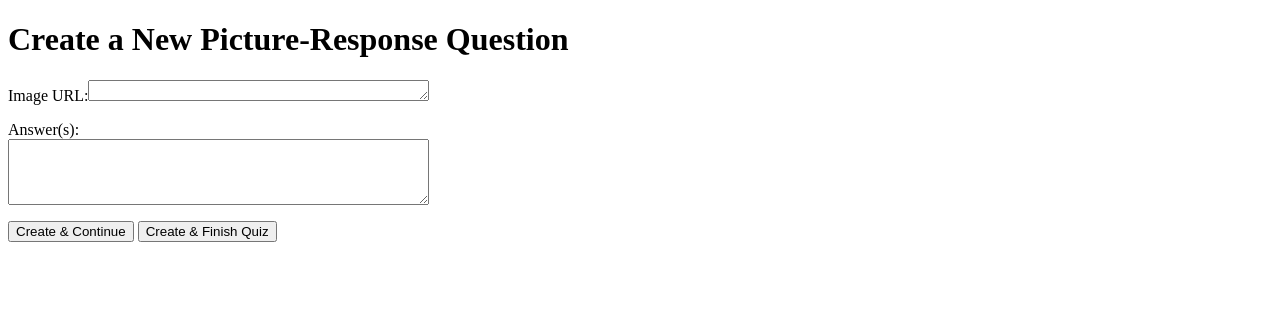
Repository: sarahhtn/CS108_final_project
Page: QuizWebsite/WebContent/CreatePR.html
The author's editor kept a copy of each file at every save. The page is drawn from the files as they stood at one save, then again after a run of saves.
The browser window is 1280 px wide. The pictures show the whole page.

Above is the page before, as saved 2013-11-16 22:16:21.

After the next 2 saves:
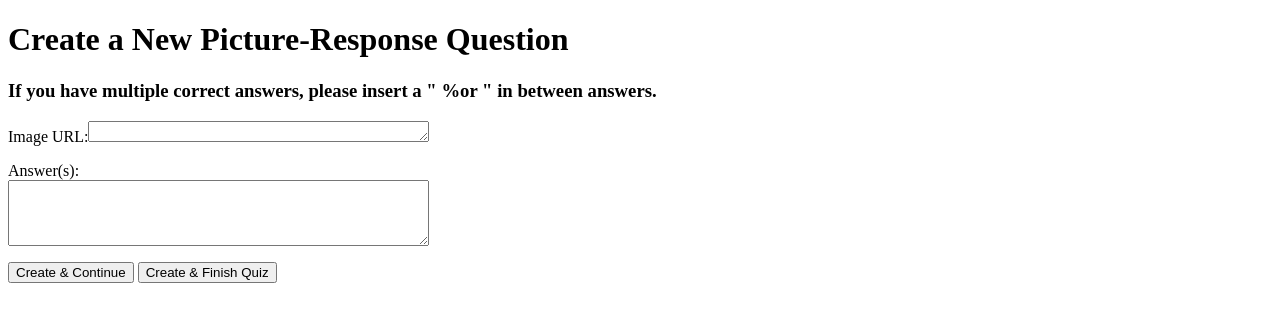
The 2 saves are shown as one change because they came seconds apart.
The last was saved 15 s later.
--- a/QuizWebsite/WebContent/CreatePR.html
+++ b/QuizWebsite/WebContent/CreatePR.html
@@ -6,6 +6,7 @@
 </head>
 <body>
 <h1>Create a New Picture-Response Question</h1>
+<h3>If you have multiple correct answers, please insert a " %or " in between answers.</h3>
 
 <form action="QServlet" method="post">
 <p>Image URL:<textarea rows = "1" cols = "40" name="question"></textarea> </p>
